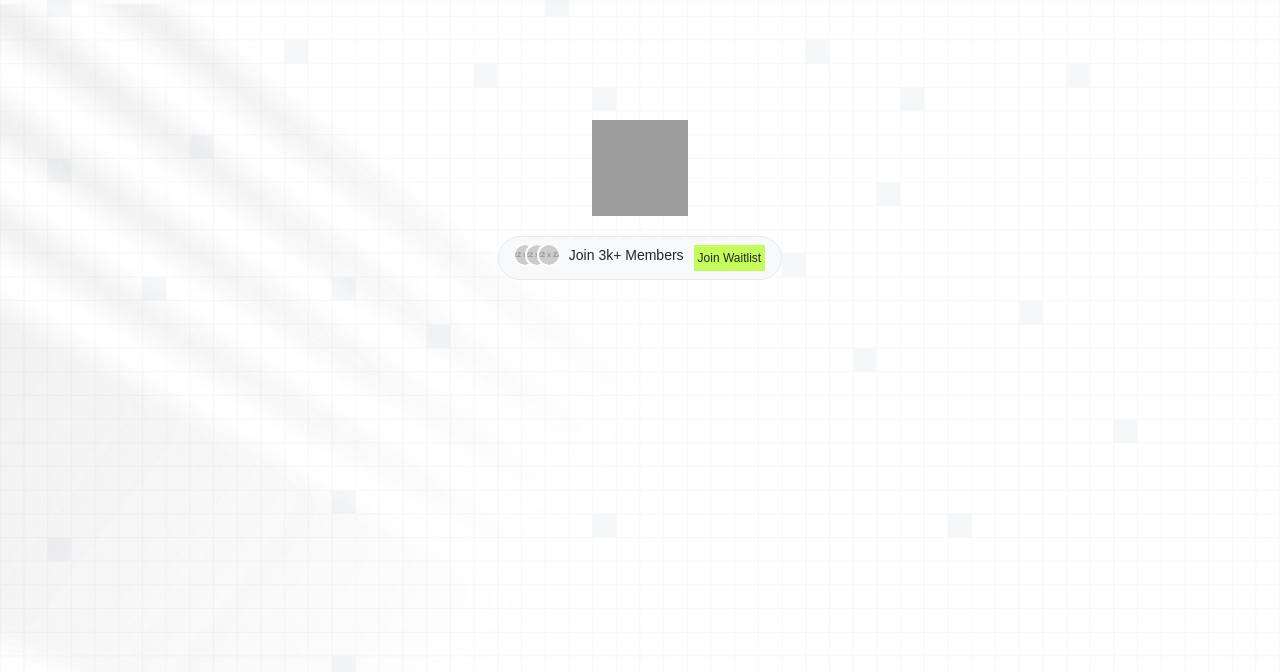
Repository: hfhf85234-code/webtrix_2026
Page: /
An editor plug-in stored every save of this project. The page is shown before and after the next save, followed by the edit.
The browser window is 1280 px wide. The pictures show the whole page.
Pictures or frames that could not be fetched are drawn as grey boxes. The project was rebuilt for these pictures with package versions that can differ from the ones it lists, and the page was loaded fresh each time. The framework's server and built-in components were replaced by stand-ins that run in the browser. Also part of the build but not shown: next.config.mjs.

Above is the page before, as saved 2026-03-03 20:45:23.

### src/app/page.jsx
import Image from "next/image";
import Head from "./components/head/page";

export default function Home() {
  return (
    <main>
      <Head />
    </main>

  );
}

### src/app/components/head/page.jsx
import Image from "next/image";

export default function Head() {
  return (
    <div className="relative h-screen w-full">
      {/* Background image */}
      <div
        className="absolute inset-0 bg-cover bg-center"
        style={{ backgroundImage: "url('/head/screen.svg')" }}
      ></div>

      {/* Foreground image */}
      <div className="absolute inset-0 flex justify-center items-center">
        <Image
          src="/head/screen1.png"
          alt="Foreground"
          fill
          className="object-cover"
        />
      </div>

      {/* Logo and button container */}
      <div className="absolute inset-0 flex flex-col items-center pt-[120px] space-y-5">
        {/* Logo */}
        <Image
          src="/head/logo.svg"
          alt="Logo"
          width={120}
          height={120}
          className="sm:w-24 sm:h-24 w-20 h-20"
        />

        {/* Button-like div */}
        <div className="bg-[#F8F9FA] py-2 px-4 border border-[#E6E9EE] rounded-full text-center">
<div className="flex gap-[10px]">
<div>
<div className="w-11 h-5 relative overflow-hidden">
  <div className="w-5 h-5 left-[0.03px] top-0 absolute bg-white/0 rounded-3xl shadow-[0px_0px_0px_2px_rgba(255,255,255,1.00)] overflow-hidden">
    <img className="w-5 h-5 left-0 top-0 absolute rounded-3xl" src="https://placehold.co/22x22" />
  </div>
  <div className="w-5 h-5 left-[12px] top-0 absolute bg-white/0 rounded-3xl shadow-[0px_0px_0px_2px_rgba(255,255,255,1.00)] overflow-hidden">
    <img className="w-5 h-5 left-0 top-0 absolute rounded-3xl" src="https://placehold.co/22x22" />
  </div>
  <div className="w-5 h-5 left-[23.96px] top-0 absolute bg-white/0 rounded-3xl shadow-[0px_0px_0px_2px_rgba(255,255,255,1.00)] overflow-hidden">
    <img className="w-5 h-5 left-0 top-0 absolute rounded-3xl" src="https://placehold.co/22x22" />
  </div>
</div>
</div>


<div>
    <h1 className="text-[#262626] text-[14px]">Join 3k+ Members</h1>
</div>


<div>
    <button className="bg-[#c4fc5a] p-1 py-1 text-[#262626] text-[12px]">Join Waitlist</button>
</div>

</div>
        </div>
      </div>
    </div>
  );
}

Loaded but not shown: src/app/layout.js (common file); src/app/globals.css (common file)

After the next save:
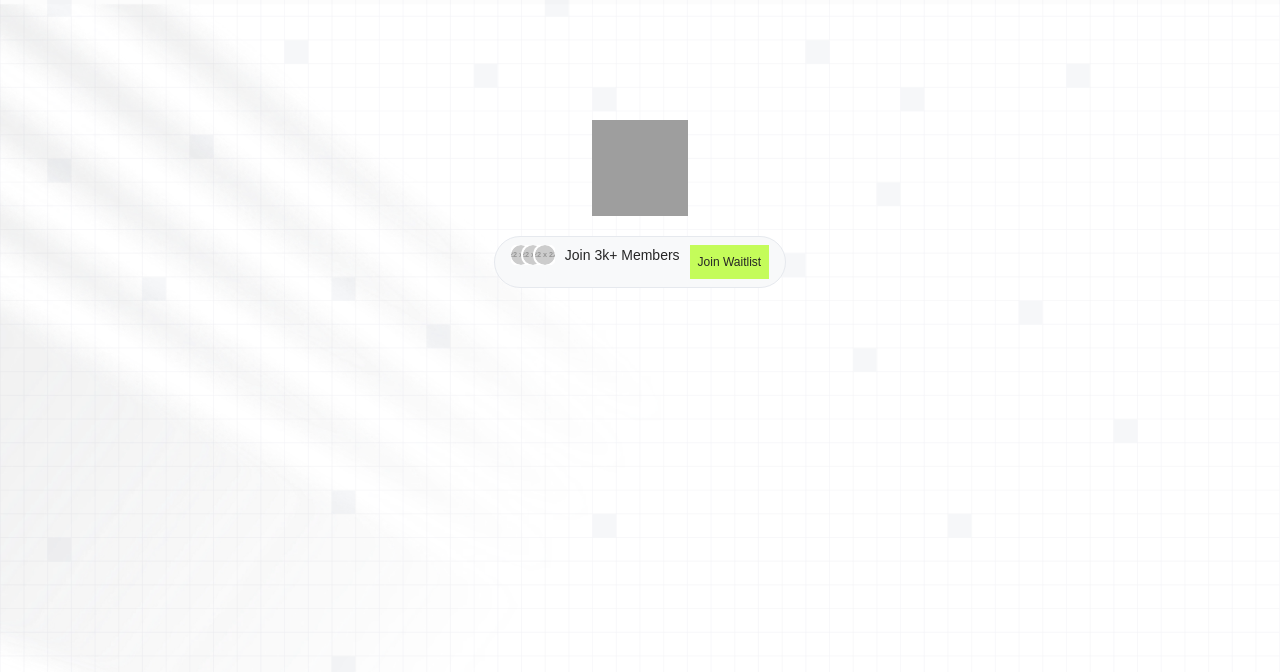
Saved 17 s later.
--- a/src/app/components/head/page.jsx
+++ b/src/app/components/head/page.jsx
@@ -54,7 +54,7 @@
 
 
 <div>
-    <button className="bg-[#c4fc5a] p-1 py-1 text-[#262626] text-[12px]">Join Waitlist</button>
+    <button className="bg-[#c4fc5a] p-2 py-2 text-[#262626] text-[12px]">Join Waitlist</button>
 </div>
 
 </div>
